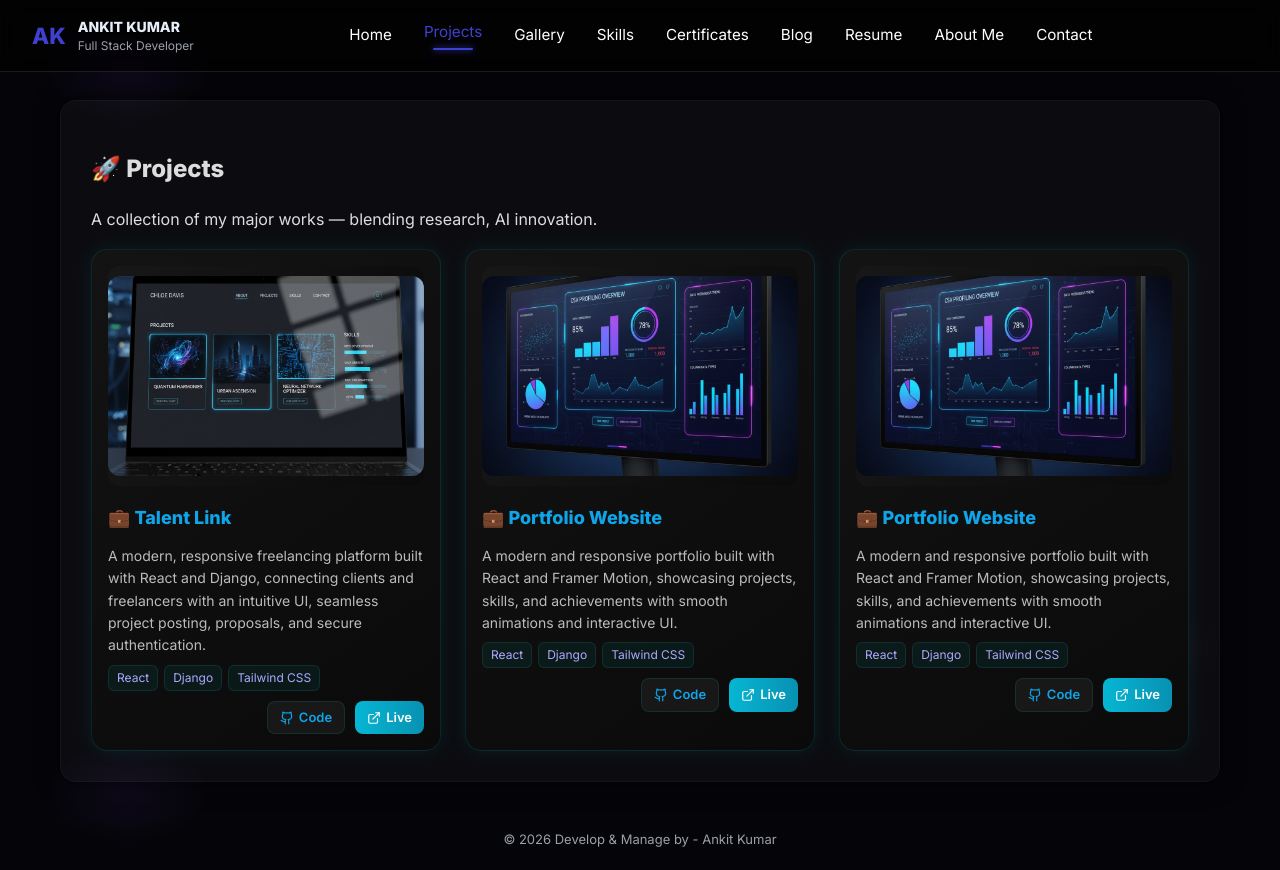
Repository: santoshkrsah/Ankit-Profile
Page: /projects
An editor plug-in stored every save of this project. The page is shown before and after the next save, followed by the edit.
The browser window is 1280 px wide. The pictures show the whole page.
The project was rebuilt for these pictures with package versions that can differ from the ones it lists, and the page was loaded fresh each time. Some packages were replaced by stand-ins written for this rebuild. Also part of the build but not shown: vite.config.mjs, src/CSS/Home.css, src/pages/Home.jsx, src/CSS/Gallery.css, src/pages/Gallery.jsx, src/pages/Certificates.jsx, src/pages/blog.css, src/pages/Blog.jsx and 6 more.

Above is the page before, as saved 2026-05-22 03:04:40.

### index.html
<!doctype html>
<html lang="en">
<head>
  <meta charset="utf-8" />
  <meta name="viewport" content="width=device-width, initial-scale=1.0" />
  <title>Ankit Kr — Portfolio</title>
   <link rel="icon" type="image/png" href="/site_icon.png">
  <link rel="apple-touch-icon" href="/site_icon.png">
  <link rel="icon" type="image/png" sizes="32x32" href="/site_icon.png">
  <link rel="icon" type="image/png" sizes="16x16" href="/site_icon.png">
  <link rel="preconnect" href="https://fonts.googleapis.com">
  <link rel="preconnect" href="https://fonts.gstatic.com" crossorigin>
  <link href="https://fonts.googleapis.com/css2?family=Inter:wght@300;400;600;800&display=swap" rel="stylesheet">
</head>
<body>
  <div id="root"></div>
  <script type="module" src="/src/main.jsx"></script>
</body>
</html>

### src/main.jsx
import React from 'react'
import { createRoot } from 'react-dom/client'
import { BrowserRouter } from 'react-router-dom'
import App from './App'
import './index.css'

createRoot(document.getElementById('root')).render(
  <BrowserRouter>
    <App />
  </BrowserRouter>
)

### src/App.jsx
import React from 'react'
import { Routes, Route } from 'react-router-dom'
import Navbar from './components/Navbar'
import Home from './pages/Home'
import Projects from './pages/Projects'
import Gallery from './pages/Gallery'
import Certificates from './pages/Certificates'
import Blog from './pages/Blog'
import Resume from './pages/Resume'
import About from './pages/About'
import Contact from './pages/Contact'
import NotFound from './pages/NotFound'
import SkillNetwork from './pages/Skills'

export default function App() {
  return (
    <div className="app">
      <Navbar />
      <main style={{ flex: 1 }}>
        <Routes>
          <Route path="/" element={<Home />} />
          <Route path="/projects" element={<Projects />} />
          <Route path="/gallery" element={<Gallery />} />
          <Route path="/skills" element={<SkillNetwork />} />
          <Route path="/certificates" element={<Certificates />} />
          <Route path="/blog" element={<Blog />} />
          <Route path="/resume" element={<Resume />} />
          <Route path="/about" element={<About />} /> {/* ✅ fixed lowercase */}
          <Route path="/contact" element={<Contact />} />
          <Route path="*" element={<NotFound />} />
        </Routes>
      </main>
      <footer className="footer">
        © {new Date().getFullYear()} Develop & Manage by - Ankit Kumar
      </footer>
    </div>
  )
}

### src/components/Navbar.jsx
import React, { useState, useEffect, useRef } from "react";
import { NavLink } from "react-router-dom";
import { motion, AnimatePresence } from "framer-motion";

const links = [
  { label: "Home", to: "/" },
  { label: "Projects", to: "/projects" },
  { label: "Gallery", to: "/gallery" },
  { label: "Skills", to: "/skills" },
  { label: "Certificates", to: "/certificates" },
  { label: "Blog", to: "/blog" },
  { label: "Resume", to: "/resume" },
  { label: "About Me", to: "/about" },
  { label: "Contact", to: "/contact" },
];

export default function Navbar() {
  const [isOpen, setIsOpen] = useState(false);
  const [showButton, setShowButton] = useState(false);
  const navRef = useRef(null);
  const linksRef = useRef(null);

  // Check if links overflow nav width (to show hamburger)
  const checkOverflow = () => {
    if (!navRef.current || !linksRef.current) return;
    setShowButton(linksRef.current.scrollWidth > navRef.current.offsetWidth);
  };

  useEffect(() => {
    checkOverflow();
    window.addEventListener("resize", checkOverflow);
    return () => window.removeEventListener("resize", checkOverflow);
  }, []);

  return (
    <>
      {/* --- Navbar --- */}
      <nav
        ref={navRef}
        style={{
          position: "sticky",
          top: 0,
          zIndex: 100,
          display: "flex",
          justifyContent: "space-between",
          alignItems: "center",
          padding: "1rem 2rem",
          borderBottom: "1px solid rgba(255,255,255,0.1)",
          background: "rgba(0,0,0,0.6)",
          backdropFilter: "blur(10px)",
          fontFamily: "inherit",
        }}
      >
        {/* Logo */}
        <div style={{ display: "flex", alignItems: "center", gap: 12 }}>
          <motion.div
            className="logo"
            initial={{ scale: 0 }}
            animate={{ scale: 1 }}
            transition={{ type: "spring", stiffness: 200 }}
            style={{
              fontWeight: "bold",
              fontSize: "1.4rem",
              color: "var(--accent)",
            }}
          >
            AK
          </motion.div>
          <div style={{ display: "flex", flexDirection: "column" }}>
            <h1 style={{ margin: 0, fontSize: 14 }}>ANKIT KUMAR</h1>
            <div style={{ fontSize: 12, color: "var(--muted)" }}>
              Full Stack Developer
            </div>
          </div>
        </div>

        {/* Desktop links */}
        <div
          ref={linksRef}
          style={{
            display: showButton ? "none" : "flex",
            justifyContent: "center",
            gap: "2rem",
            alignItems: "center",
            flexGrow: 1,
          }}
        >
          {links.map((l) => (
            <NavLink
              key={l.to}
              to={l.to}
              end
              style={{
                position: "relative",
                fontSize: "0.95rem",
                textDecoration: "none",
                color: "white",
                fontWeight: 500,
              }}
            >
              {({ isActive }) => (
                <motion.div
                  whileHover={{
                    scale: 1.1,
                    color: "var(--accent)",
                    textShadow: "0 0 8px var(--accent)",
                  }}
                  transition={{ duration: 0.3 }}
                  style={{
                    display: "flex",
                    flexDirection: "column",
                    alignItems: "center",
                  }}
                >
                  <motion.span
                    animate={{ color: isActive ? "var(--accent)" : "white" }}
                    transition={{ duration: 0.3 }}
                  >
                    {l.label}
                  </motion.span>
                  {isActive && (
                    <motion.div
                      layoutId="underline"
                      initial={{ opacity: 0, y: 5 }}
                      animate={{ opacity: 1, y: 0 }}
                      transition={{ duration: 0.3 }}
                      style={{
                        width: "70%",
                        height: "2px",
                        marginTop: "4px",
                        borderRadius: "1px",
                        backgroundColor: "var(--accent)",
                        boxShadow: "0 0 6px var(--accent)",
                      }}
                    />
                  )}
                </motion.div>
              )}
            </NavLink>
          ))}
        </div>

        {/* Hamburger */}
        {showButton && (
          <div className="mobile-btn">
            <button
              style={{
                background: "none",
                border: "none",
                color: "#fff",
                fontSize: "1.8rem",
                cursor: "pointer",
                zIndex: 10000,
              }}
              onClick={() => setIsOpen(!isOpen)}
            >
              {isOpen ? "✕" : "☰"}
            </button>
          </div>
        )}
      </nav>

      {/* --- Mobile Dropdown Menu --- */}
      <AnimatePresence>
        {isOpen && showButton && (
          <motion.div
            initial={{ opacity: 0, y: -15 }}
            animate={{ opacity: 1, y: 0 }}
            exit={{ opacity: 0, y: -15 }}
            style={{
              position: "fixed",
              top: 0,
              left: 0,
              width: "100%",
              height: "100vh",
              background: "rgba(0,0,0,0.95)",
              backdropFilter: "blur(12px)",
              display: "flex",
              flexDirection: "column",
              alignItems: "center",
              paddingTop: "4rem",
              overflowY: "auto",
              zIndex: 9999,
            }}
          >
            <button
              style={{
                position: "absolute",
                top: "1rem",
                right: "1rem",
                fontSize: "2rem",
                color: "#fff",
                background: "none",
                border: "none",
                cursor: "pointer",
              }}
              onClick={() => setIsOpen(false)}
            >
              ✕
            </button>

            {links.map((l) => (
              <NavLink
                key={l.to}
                to={l.to}
                onClick={() => setIsOpen(false)}
                style={{
                  color: "#fff",
                  textDecoration: "none",
                  padding: "1rem 0",
                  width: "100%",
                  textAlign: "center",
                  fontSize: 16,
                  borderBottom: "1px solid rgba(255,255,255,0.05)",
                }}
              >
                {l.label}
              </NavLink>
            ))}
          </motion.div>
        )}
      </AnimatePresence>
    </>
  );
}

### src/pages/Projects.jsx
import React from 'react'
import { motion } from 'framer-motion'
import { Github, ExternalLink } from 'lucide-react'

const PROJECTS = [
  {title: '💼 Talent Link',
  desc: 'A modern, responsive freelancing platform built with React and Django, connecting clients and freelancers with an intuitive UI, seamless project posting, proposals, and secure authentication.',
  ss: '/portfolio.jpg',
  tech: ['React', 'Django', 'Tailwind CSS'],
  live: 'https://talentlinkinfy.vercel.app/',
  code: 'https://github.com/Kumarankit666/TLIN'
  },
  {
  title: '💼 Portfolio Website',
  desc: 'A modern and responsive portfolio built with React and Framer Motion, showcasing projects, skills, and achievements with smooth animations and interactive UI.',
  ss: '/ProfileX.png',
  tech: ['React', 'Django', 'Tailwind CSS'],
  live: '#',
  code: 'Your project link here'
  },
  {
  title: '💼 Portfolio Website',
  desc: 'A modern and responsive portfolio built with React and Framer Motion, showcasing projects, skills, and achievements with smooth animations and interactive UI.',
  ss: '/ProfileX.png',
  tech: ['React', 'Django', 'Tailwind CSS'],
  live: '#',
  code: 'Your project link here'
  },

]

export default function Projects() {
  return (
    <motion.section
      className="container"
      initial={{ opacity: 0, y: 30 }}
      animate={{ opacity: 1, y: 0 }}
      transition={{ duration: 0.6 }}
      id="projects"
    >
      <div className="card" style={{ background: 'rgba(255,255,255,0.03)', borderRadius: 16, padding: 30 }}>
        <motion.h2
          className="text-4xl font-semibold text-cyan-400 mb-2"
          initial={{ opacity: 0 }}
          animate={{ opacity: 1 }}
          transition={{ delay: 0.1 }}
        >
          🚀 Projects
        </motion.h2>
        <p className="text-gray-400 mb-10">
          A collection of my major works — blending research, AI innovation.
        </p>

        <div className="projects-grid" style={{ display: 'grid', gap: 24, gridTemplateColumns: 'repeat(auto-fit, minmax(320px, 1fr))' }}>
          {PROJECTS.map((p, idx) => (
            <motion.div
              key={idx}
              className="project-card"
              initial={{ opacity: 0, y: 20, scale: 0.95 }}
              whileInView={{ opacity: 1, y: 0, scale: 1 }}
              transition={{ duration: 0.4, delay: idx * 0.15 }}
              whileHover={{ scale: 1.03 }}
              viewport={{ once: true }}
              style={{
                background: 'linear-gradient(145deg, rgba(20,20,20,0.9), rgba(10,10,10,0.9))',
                border: '1px solid rgba(0,255,255,0.1)',
                borderRadius: 16,
                padding: 16,
                overflow: 'hidden',
                boxShadow: '0 0 20px rgba(0,255,255,0.08)'
              }}
            >
              <motion.div className="ss" whileHover={{ scale: 1.05 }} style={{ borderRadius: 12, overflow: 'hidden' }}>
                <img
                  src={p.ss}
                  alt={p.title}
                  style={{
                    width: '100%',
                    height: '200px',
                    objectFit: 'cover',
                    borderRadius: 12
                  }}
                />
              </motion.div>

              <div style={{ marginTop: 12 }}>
                <h3 style={{ fontSize: 18, color: '#0ea5e9', marginBottom: 6 }}>{p.title}</h3>
                <p style={{ fontSize: 14, color: '#bbb', marginBottom: 8, lineHeight: 1.6 }}>{p.desc}</p>

                <div style={{ display: 'flex', flexWrap: 'wrap', gap: 6, marginBottom: 10 }}>
                  {p.tech.map((t) => (
                    <span
                      key={t}
                      style={{
                        background: 'rgba(0,255,255,0.05)',
                        border: '1px solid rgba(0,255,255,0.1)',
                        padding: '3px 8px',
                        borderRadius: 6,
                        fontSize: 12,
                        color: '#aaf'
                      }}
                    >
                      {t}
                    </span>
                  ))}
                </div>

                <div style={{ display: 'flex', justifyContent: 'flex-end', gap: 10 }}>
                  <motion.a
                    href={p.code}
                    target="_blank"
                    rel="noreferrer"
                    className="btn"
                    whileHover={{ scale: 1.08 }}
                    style={{
                      display: 'flex',
                      alignItems: 'center',
                      gap: 5,
                      background: 'rgba(255,255,255,0.05)',
                      color: '#0ea5e9',
                      padding: '6px 12px',
                      borderRadius: 8,
                      fontSize: 13,
                      border: '1px solid rgba(0,255,255,0.1)',
                      textDecoration: 'none'
                    }}
                  >
                    <Github size={14} /> Code
                  </motion.a>
                  <motion.a
                    href={p.live}
                    target="_blank"
                    rel="noreferrer"
                    className="btn"
                    whileHover={{ scale: 1.08 }}
                    style={{
                      display: 'flex',
                      alignItems: 'center',
                      gap: 5,
                      background: 'linear-gradient(90deg, #06b6d4, #0891b2)',
                      color: '#fff',
                      padding: '6px 12px',
                      borderRadius: 8,
                      fontSize: 13,
                      textDecoration: 'none'
                    }}
                  >
                    <ExternalLink size={14} /> Live
                  </motion.a>
                </div>
              </div>
            </motion.div>
          ))}
        </div>
      </div>
    </motion.section>
  )
}

### src/CSS/Contact.css
:root {
  --accent: #3e40d1;
  --accent-2: #00ffe16e;
}

.contact-section {
  min-height: 100vh;
  width: 100%;
  display: flex;
  flex-direction: column;
  align-items: center;
  justify-content: flex-start;
  background: radial-gradient(circle at 25% 25%, rgba(116, 2, 255, 0.175), transparent 80%);;
  color: #fff;
  padding: 2rem 1.5rem 4rem;
  text-align: center;
}

.contact-title {
  font-size: 2.6rem;
  margin: 1.5rem 0 0.5rem;
  background: linear-gradient(90deg, var(--accent), var(--accent-2));
  -webkit-background-clip: text;
  color: transparent;
}

.contact-subtitle {
  font-size: 1.1rem;
  color: rgba(255,255,255,0.8);
  max-width: 700px;
  margin-bottom: 2rem;
  line-height: 1.6;
}

.contact-links {
  display: flex;
  flex-wrap: wrap;
  justify-content: center;
  gap: 25px;
  margin-bottom: 2.2rem;
  z-index: 1;
}

.social-link {
  display: inline-block;
}

.social-icon {
  width: 60px;
  height: 60px;
  border-radius: 50%;
  object-fit: cover;
  border: 2px solid var(--accent);
  background: rgba(255,255,255,0.05);
  padding: 8px;
}

.contact-form {
  display: flex;
  flex-direction: column;
  gap: 14px;
  width: 100%;
  max-width: 500px;
}

.contact-form input,
.contact-form textarea {
  padding: 12px;
  border-radius: 8px;
  border: none;
  background: rgba(255,255,255,0.08);
  color: #fff;
  outline: none;
  font-size: 1rem;
  resize: none;
}

.contact-btn {
  padding: 12px;
  background: linear-gradient(90deg, var(--accent), var(--accent-2));
  border: none;
  border-radius: 8px;
  color: #fff;
  font-weight: 600;
  cursor: pointer;
}

.contact-status {
  margin-top: 10px;
  color: #0ff;
  font-weight: 500;
}

Loaded but not shown: src/index.css (360 lines, source omitted)

After the next save:
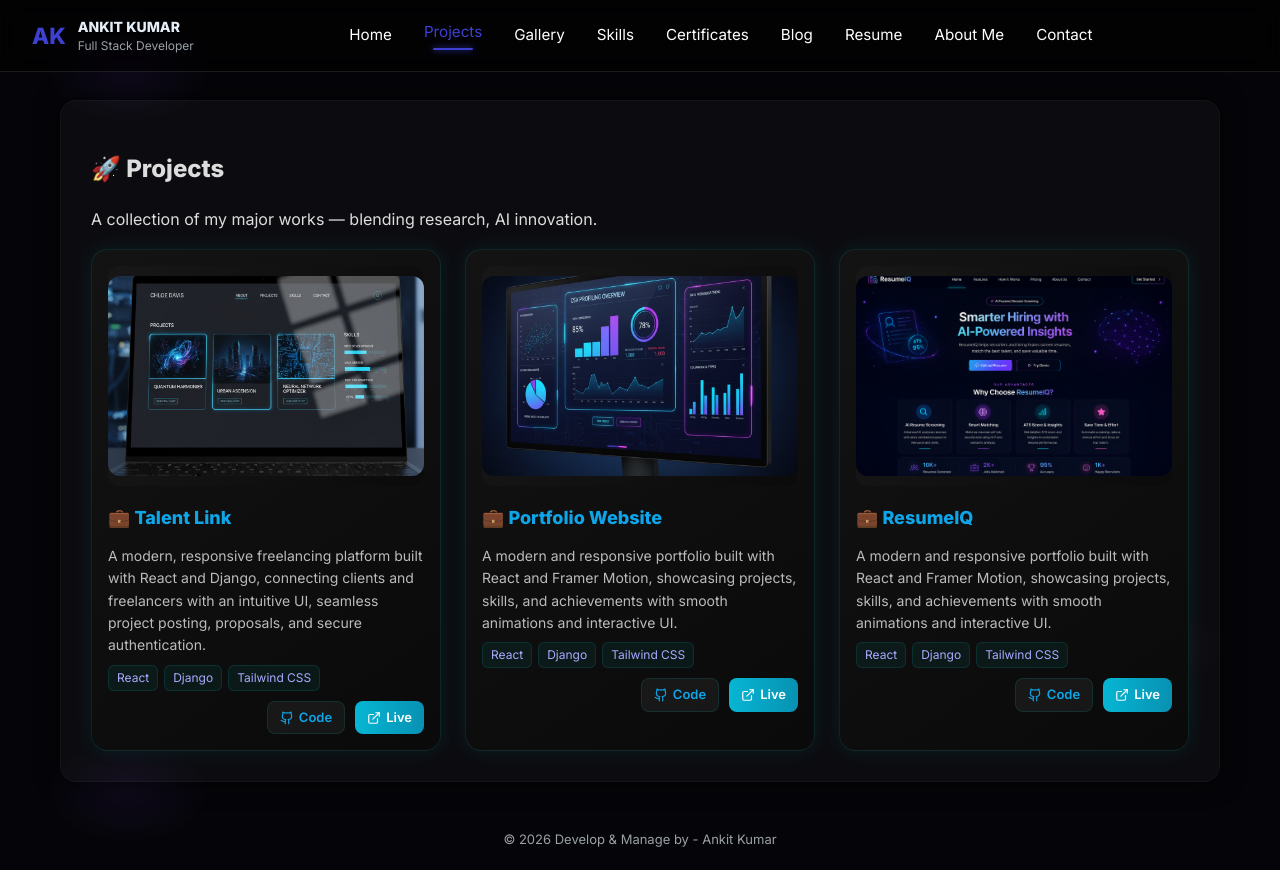
Saved 2 min 56 s later.
--- a/src/pages/Projects.jsx
+++ b/src/pages/Projects.jsx
@@ -19,9 +19,9 @@ const PROJECTS = [
   code: 'Your project link here'
   },
   {
-  title: '💼 Portfolio Website',
+  title: '💼 ResumeIQ',
   desc: 'A modern and responsive portfolio built with React and Framer Motion, showcasing projects, skills, and achievements with smooth animations and interactive UI.',
-  ss: '/ProfileX.png',
+  ss: '/ResumeIQ.png',
   tech: ['React', 'Django', 'Tailwind CSS'],
   live: '#',
   code: 'Your project link here'
